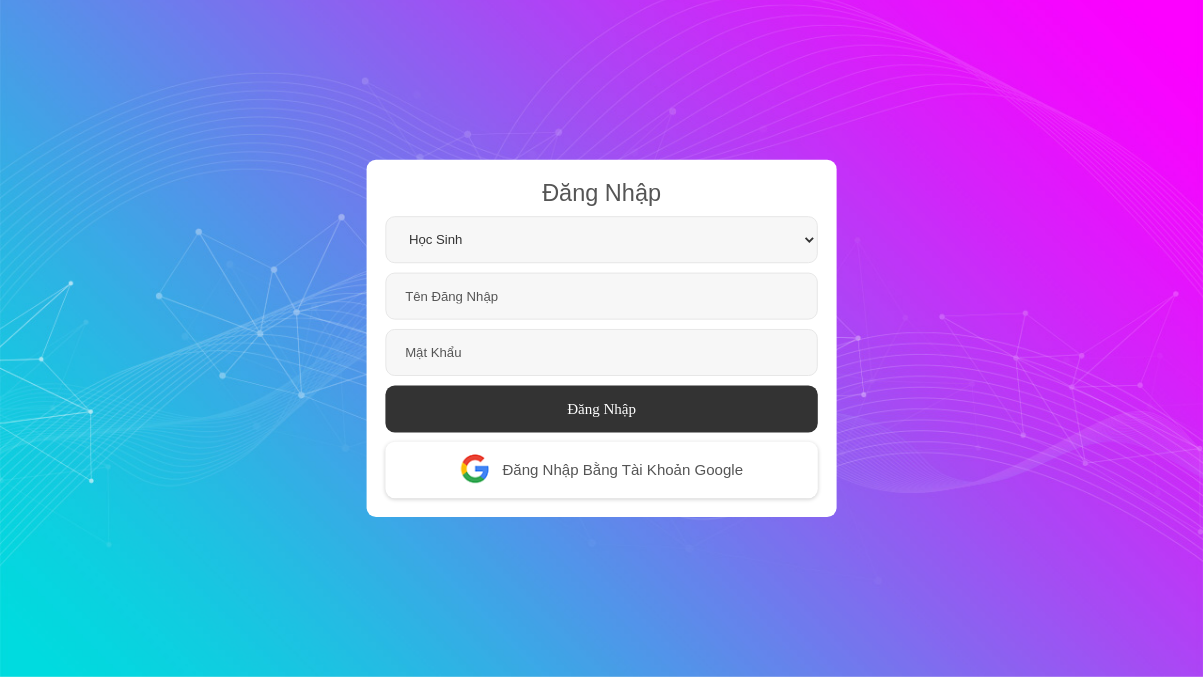
Repository: Villiteam/VueJsView
Page: /login
An editor plug-in stored every save of this project. The page is shown before and after the next save, followed by the edit.
The browser window is 1280 px wide. The pictures show the whole page, at 94% of full size.
The project was rebuilt for these pictures with package versions that can differ from the ones it lists, and the page was loaded fresh each time.

Above is the page before, as saved 2020-10-04 12:50:05.

After the next save:
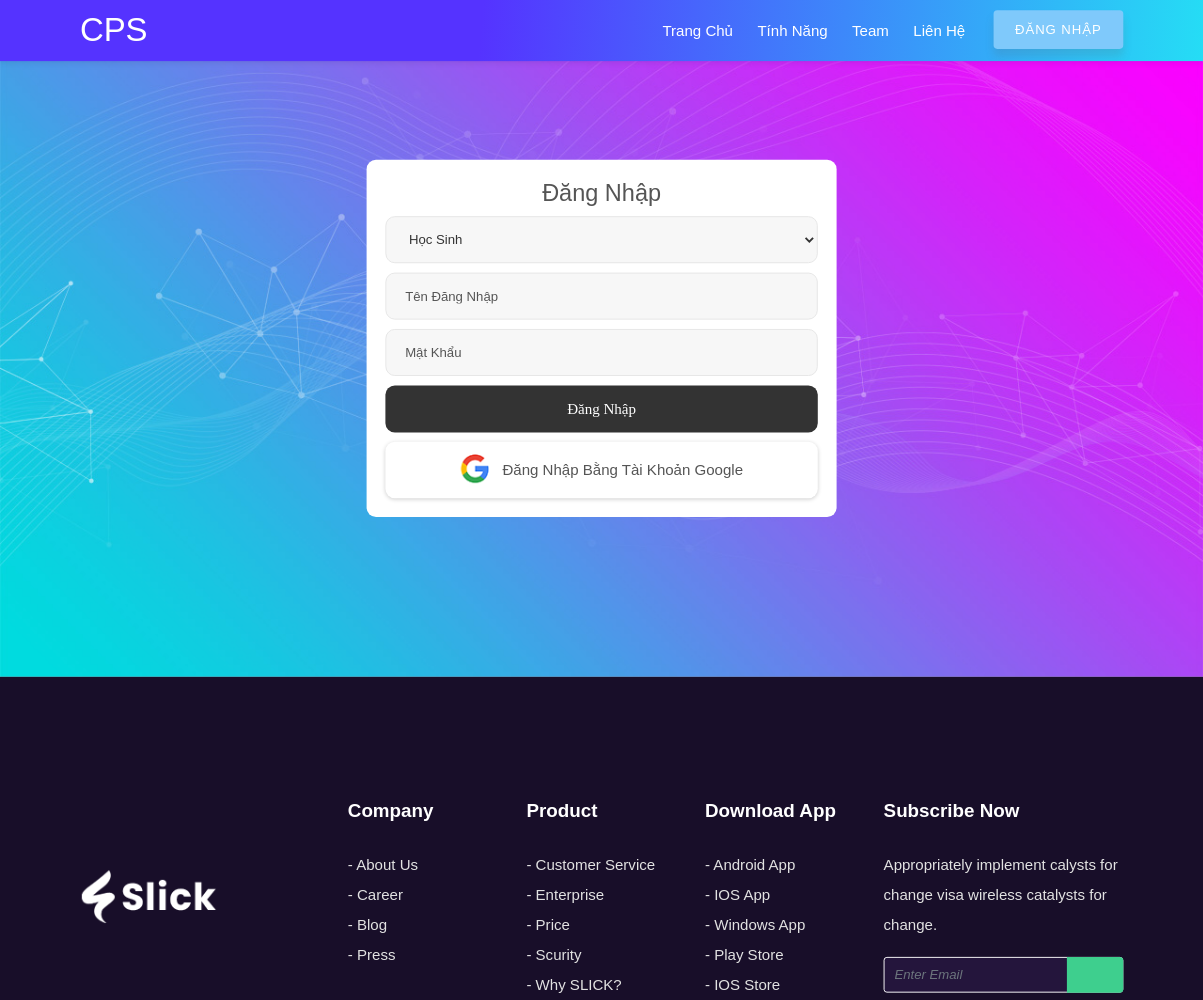
Saved 17 s later.
--- a/src/views/Index/Login.vue
+++ b/src/views/Index/Login.vue
@@ -1,34 +1,36 @@
 <template>
-    <div class="container-login">
-        <div class="wrapper">
-            <form class="login-form">
-                <span class="login-form-title">Đăng Nhập</span>
-                <select name="Role" class="input">
-                    <option value="Student">Học Sinh</option>
-                    <option value="Teacher">Giáo Viên</option>
-                    <option value="Parent">Phụ Huynh</option>
-                    <option value="Admin">Quản Lí</option>
-                </select>
-                <input
-                    class="input"
-                    type="text"
-                    name="UserName"
-                    placeholder="Tên Đăng Nhập"
-                />
-                <input
-                    class="input"
-                    type="password"
-                    name="PassWord"
-                    placeholder="Mật Khẩu"
-                />
-                <button class="login-form-btn">Đăng Nhập</button>
-                <a href="#" class="btn-google">
-                    <img src="Images/icons/icon-google.png" alt="GOOGLE" />
-                    Đăng Nhập Bằng Tài Khoản Google
-                </a>
-            </form>
+    <LayoutDefault>
+        <div class="container-login">
+            <div class="wrapper">
+                <form class="login-form">
+                    <span class="login-form-title">Đăng Nhập</span>
+                    <select name="Role" class="input">
+                        <option value="Student">Học Sinh</option>
+                        <option value="Teacher">Giáo Viên</option>
+                        <option value="Parent">Phụ Huynh</option>
+                        <option value="Admin">Quản Lí</option>
+                    </select>
+                    <input
+                        class="input"
+                        type="text"
+                        name="UserName"
+                        placeholder="Tên Đăng Nhập"
+                    />
+                    <input
+                        class="input"
+                        type="password"
+                        name="PassWord"
+                        placeholder="Mật Khẩu"
+                    />
+                    <button class="login-form-btn">Đăng Nhập</button>
+                    <a href="#" class="btn-google">
+                        <img src="Images/icons/icon-google.png" alt="GOOGLE" />
+                        Đăng Nhập Bằng Tài Khoản Google
+                    </a>
+                </form>
+            </div>
         </div>
-    </div>
+    </LayoutDefault>
 </template>
 
 <script>
